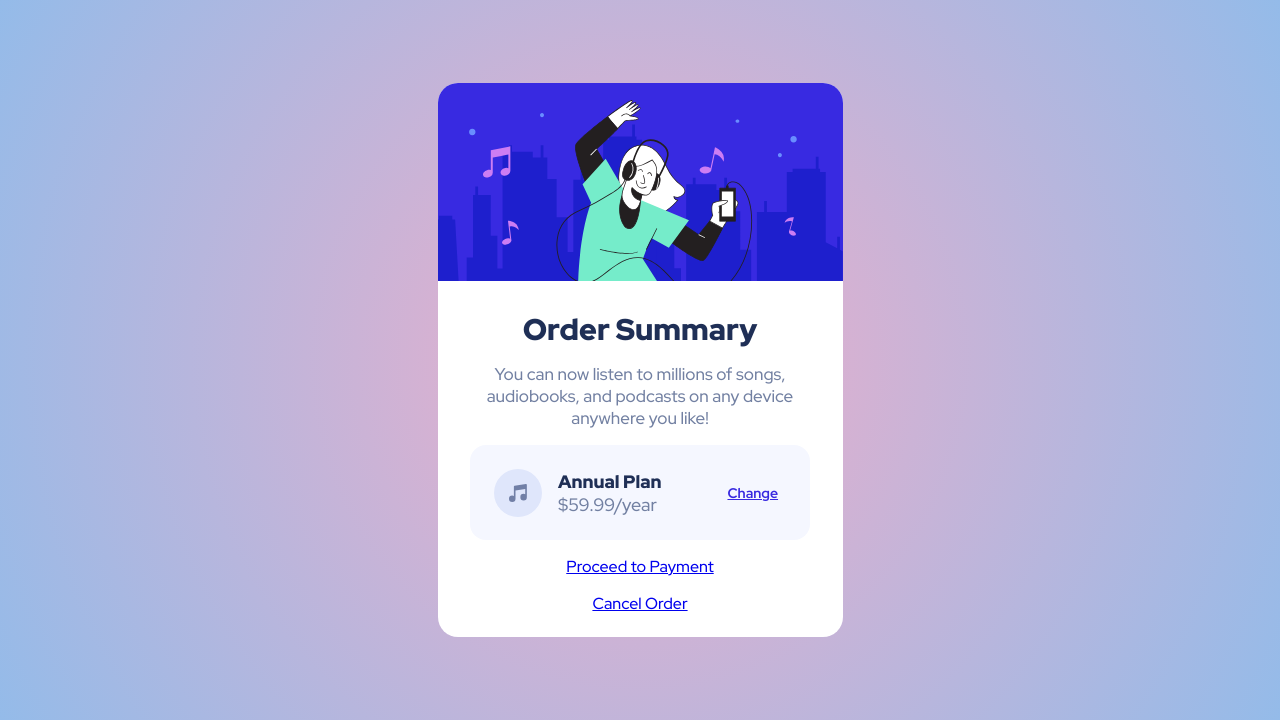
Repository: KamoliddinGIT/order-summary-card
Page: index.html
These files come from the project's save history. The page is drawn as it stood at one moment and after the next save; the edit follows.
The browser window is 1280 px wide. The pictures show the whole page.

Above is the page before, as saved 2023-09-13 11:00:31.

After the next save:
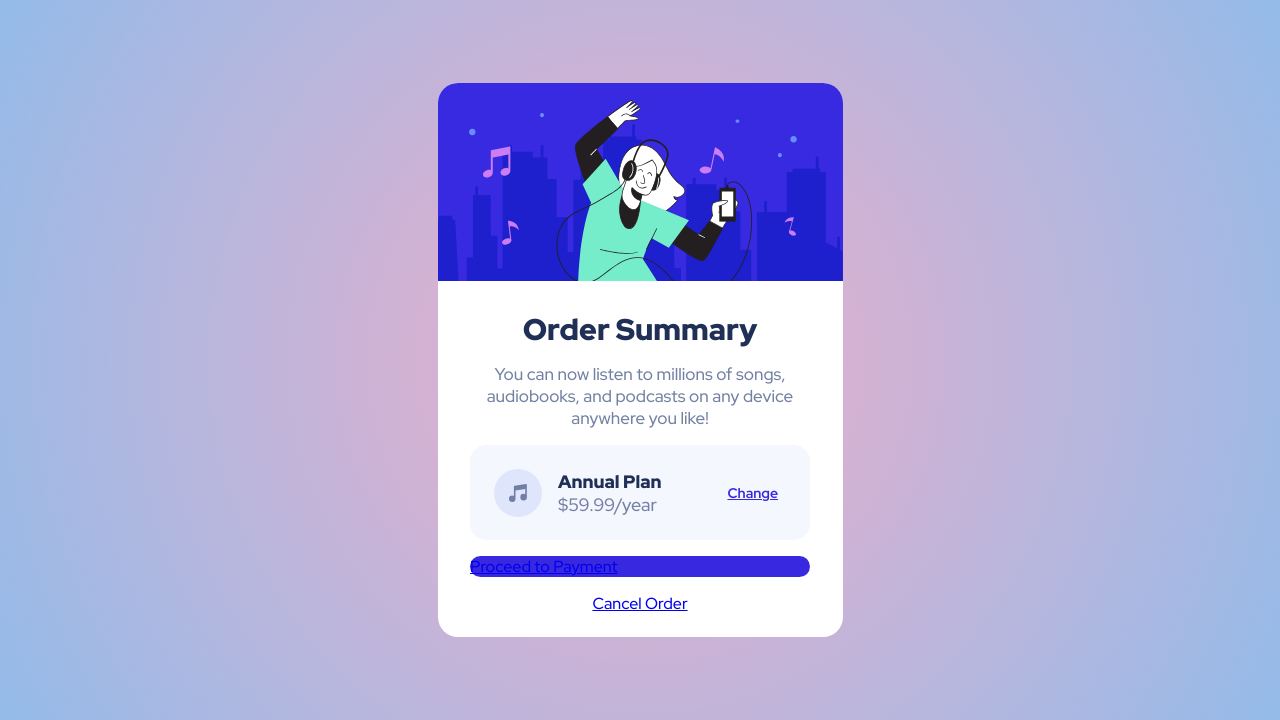
Saved 22 s later.
--- a/css/style.css
+++ b/css/style.css
@@ -85,3 +85,9 @@
   font-weight: 700;
   color: #3829e0;
 }
+
+.apply__btn {
+  border-radius: 0.75rem;
+  background: #3829e0;
+  width: 340px;
+}
